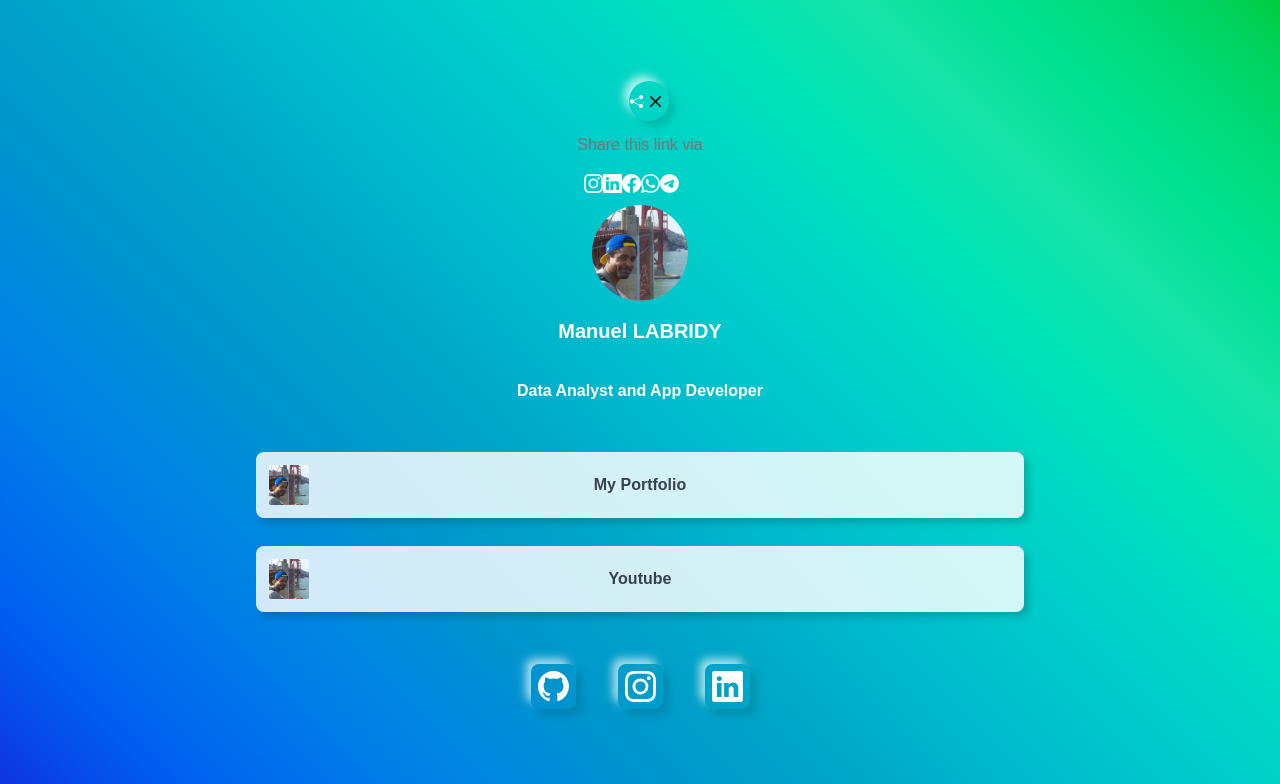
Repository: MateLaDBrouille97/linktree
Page: /
An editor plug-in stored every save of this project. The page is shown before and after the next save, followed by the edit.
The browser window is 1280 px wide. The pictures show the whole page.
The project was rebuilt for these pictures with package versions that can differ from the ones it lists, and the page was loaded fresh each time. The framework's server and built-in components were replaced by stand-ins that run in the browser. Also part of the build but not shown: next.config.js, styles/Home.module.css, styles/scrollup.css.

Above is the page before, as saved 2023-01-23 19:13:22.

After the next save:
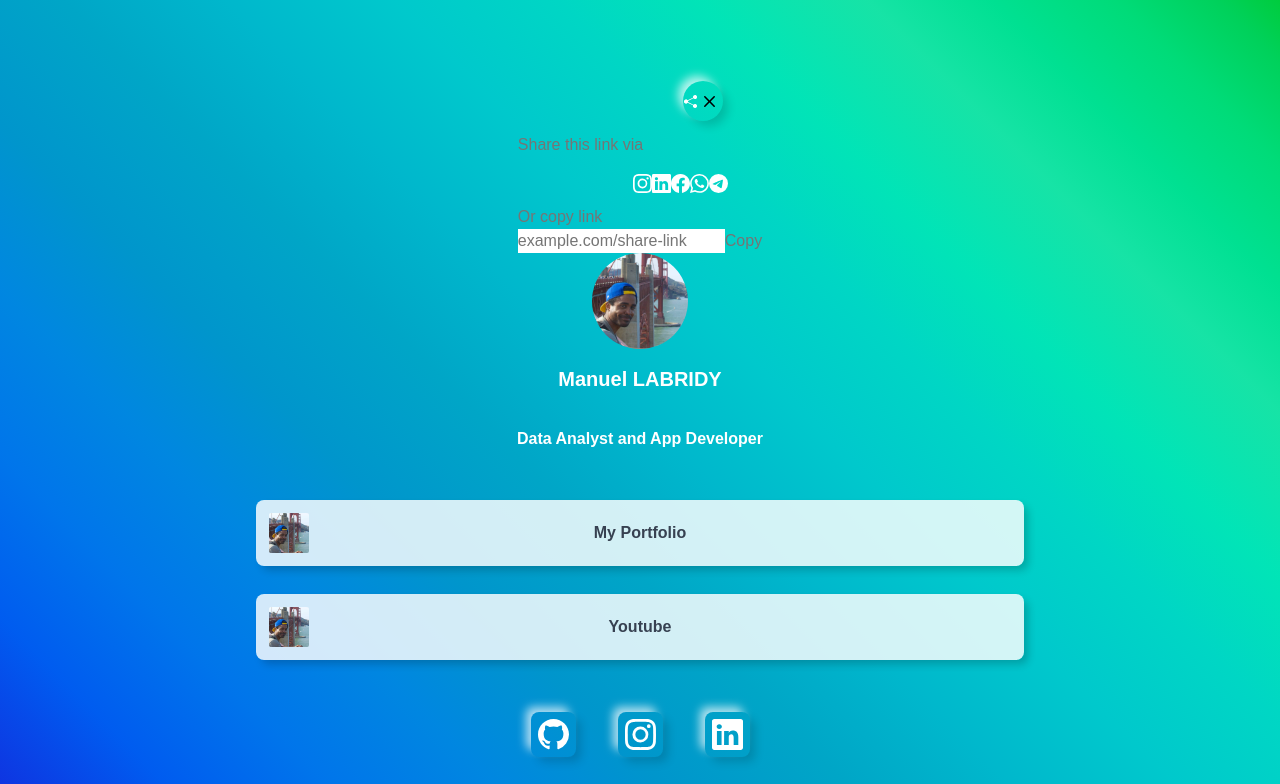
Saved 3 min 27 s later.
--- a/components/Share.tsx
+++ b/components/Share.tsx
@@ -100,6 +100,11 @@ const Share = () => {
             </svg>
           </a>
         </ul>
+        <p> Or copy link</p>
+        <div className="field">
+            <input type="text" value="example.com/share-link" />
+            <button>Copy</button>
+        </div>
       </div>
     </div>
   );
